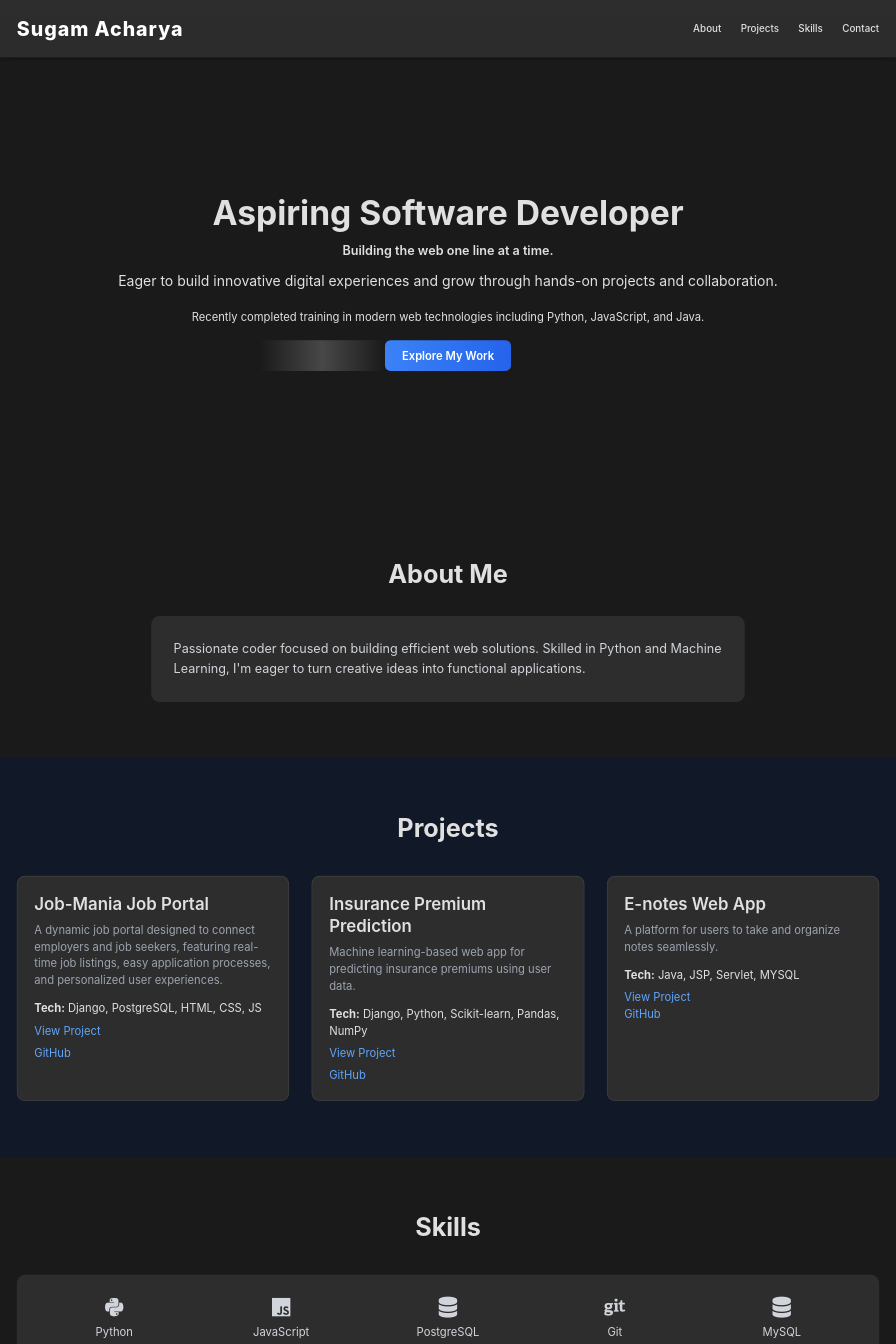
Repository: Sugaam0/Portfolio
Page: portfolio/home/templates/home/index.html
An editor plug-in stored every save of this project. The page is shown before and after the next save, followed by the edit.
The browser window is 1280 px wide. The pictures show the part of the page from y = 0 to 1920 px (the page is 2914 px tall before and 3190 px after), at 70% of full size.
The template is drawn by Django 5.2. The application's start-up code is not run. The template is opened directly, without the code that normally fills it, so the values that code supplies are empty.

Above is the page before, as saved 2025-05-08 17:53:05.

After the next save:
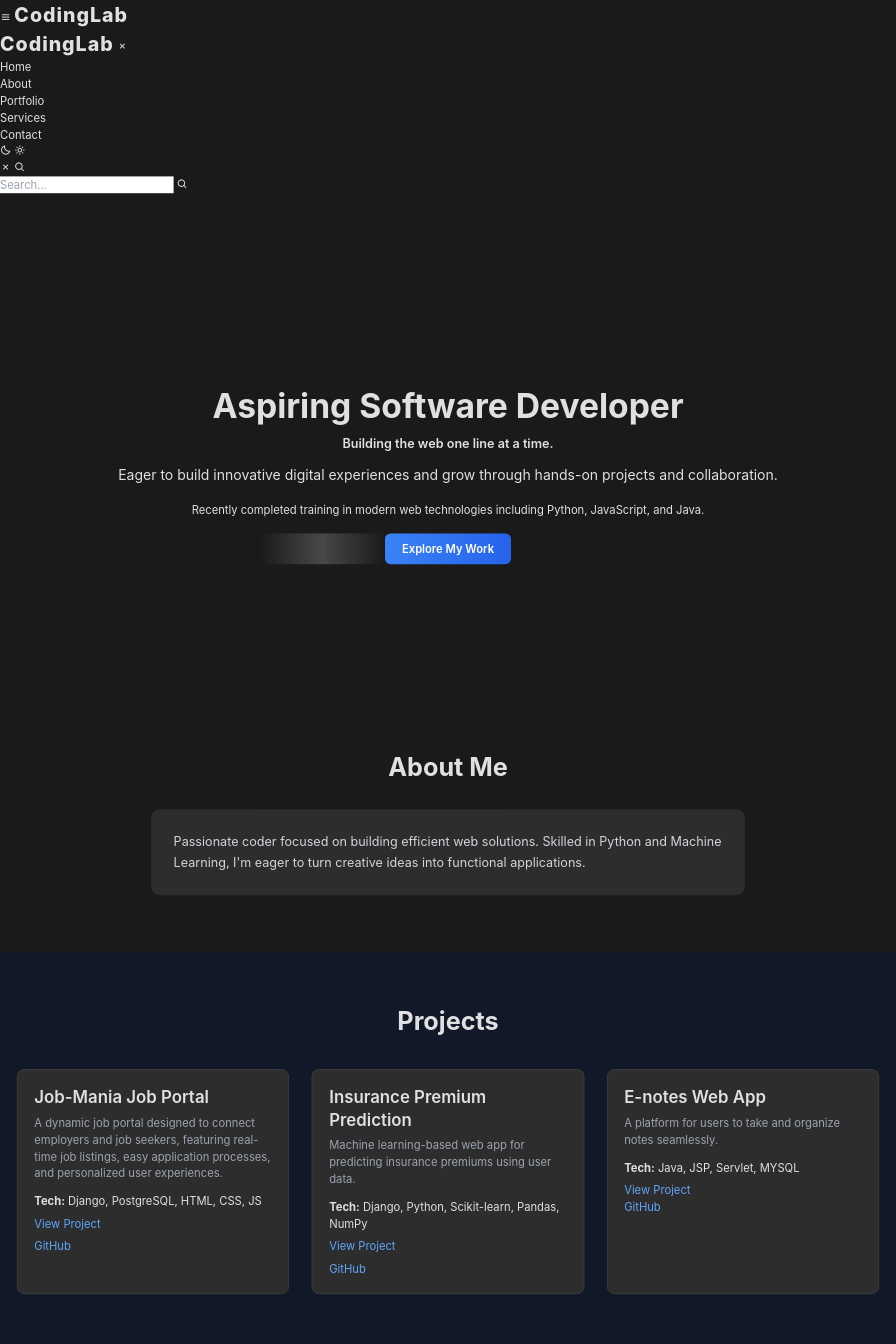
Saved 2 min 6 s later.
--- a/portfolio/home/templates/home/navbar.html
+++ b/portfolio/home/templates/home/navbar.html
@@ -1,4 +1,4 @@
-<!-- Navbar -->
+{% comment %} <!-- Navbar -->
 <nav class="navbar fixed top-0 w-full z-50">
     <div class="container mx-auto px-6 py-5 flex justify-between items-center">
       <a href="{% url 'index' %}" class="logo text-white">Sugam Acharya</a>
@@ -10,3 +10,40 @@
       </div>
     </div>
   </nav>
+   {% endcomment %}
+   <link href='https://unpkg.com/boxicons@2.1.1/css/boxicons.min.css' rel='stylesheet'>
+   <nav>
+    <div class="nav-bar">
+        <i class='bx bx-menu sidebarOpen' ></i>
+        <span class="logo navLogo"><a href="#">CodingLab</a></span>
+        <div class="menu">
+            <div class="logo-toggle">
+                <span class="logo"><a href="#">CodingLab</a></span>
+                <i class='bx bx-x siderbarClose'></i>
+            </div>
+            <ul class="nav-links">
+                <li><a href="#">Home</a></li>
+                <li><a href="#">About</a></li>
+                <li><a href="#">Portfolio</a></li>
+                <li><a href="#">Services</a></li>
+                <li><a href="#">Contact</a></li>
+            </ul>
+        </div>
+        <div class="darkLight-searchBox">
+            <div class="dark-light">
+                <i class='bx bx-moon moon'></i>
+                <i class='bx bx-sun sun'></i>
+            </div>
+            <div class="searchBox">
+               <div class="searchToggle">
+                <i class='bx bx-x cancel'></i>
+                <i class='bx bx-search search'></i>
+               </div>
+                <div class="search-field">
+                    <input type="text" placeholder="Search...">
+                    <i class='bx bx-search'></i>
+                </div>
+            </div>
+        </div>
+    </div>
+</nav>
